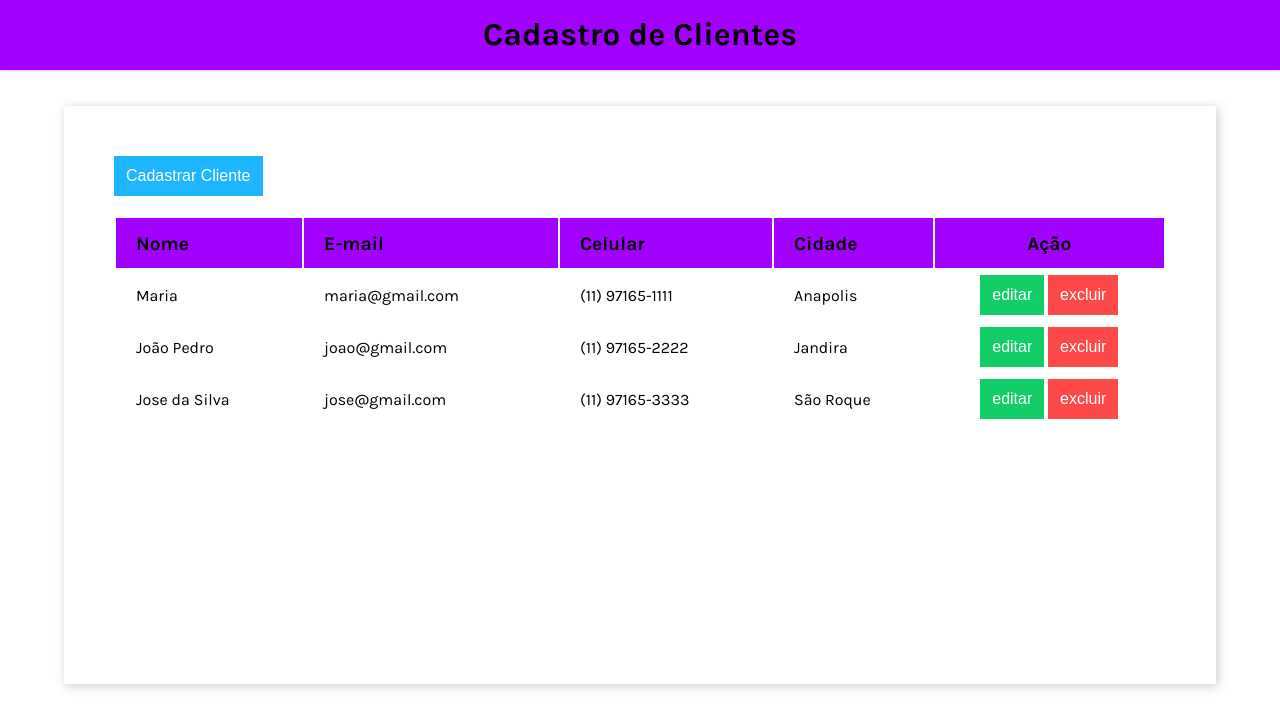
Repository: ViniciusCMS/CRUD_Estudos
Page: index.html
These files come from the project's save history. The page is drawn as it stood at one moment and after the next save; the edit follows.
The browser window is 1280 px wide. The pictures show the whole page.

Above is the page before, as saved 2022-01-07 13:15:39.

### index.html
<!DOCTYPE html>
<html lang="pt-BR">
<head>
    <meta charset="UTF-8">
    <meta http-equiv="X-UA-Compatible" content="IE=edge">
    <meta name="viewport" content="width=device-width, initial-scale=1.0">
    <link rel="preconnect" href="https://fonts.gstatic.com">
    <link href="https://fonts.googleapis.com/css2?family=Karla:ital,wght@0,400;0,700;1,200;1,800&display=swap" rel="stylesheet">
    <link rel="stylesheet" href="css/main.css">
    <link rel="stylesheet" href="css/button.css">
    <link rel="stylesheet" href="css/records.css">
    <link rel="stylesheet" href="css/modal.css">
    <title>CRUD</title>
</head>
<body>
    <header>
        <h1 class="header-title">Cadastro de Clientes</h1>
    </header>
    <main>
        <button type="button" class="button blue mobile" id="cadastrarCliente">Cadastrar Cliente</button>
        <table class="records">
            <thead>
                <tr>
                    <th>Nome</th>
                    <th>E-mail</th>
                    <th>Celular</th>
                    <th>Cidade</th>
                    <th>Ação</th>
                </tr>
            </thead>
            <tbody>
                <tr>
                    <td>Maria</td>
                    <td>maria@gmail.com</td>
                    <td>(11) 97165-1111</td>
                    <td>Anapolis</td>
                    <td>
                        <button type="button" class="button green">editar</button>
                        <button type="button" class="button red">excluir</button>
                    </td>
                </tr>
                <tr>
                    <td>João Pedro</td>
                    <td>joao@gmail.com</td>
                    <td>(11) 97165-2222</td>
                    <td>Jandira</td>
                    <td>
                        <button type="button" class="button green">editar</button>
                        <button type="button" class="button red">excluir</button>
                    </td>
                </tr>
                <tr>
                    <td>Jose da Silva</td>
                    <td>jose@gmail.com</td>
                    <td>(11) 97165-3333</td>
                    <td>São Roque</td>
                    <td>
                        <button type="button" class="button green">editar</button>
                        <button type="button" class="button red">excluir</button>
                    </td>
                </tr>
            </tbody>
        </table>
        <div class="modal" id="modal">
            <div class="modal-content">
                <header class="modal-header">
                    <h2>Novo Cliente</h2>
                    <span class="modal-close" id="modalClose">&#10006;</span>
                </header>
                <form class="modal-form">
                    <input type="text" class="modal-field" placeholder="Nome do Cliente">
                    <input type="email" class="modal-field" placeholder="e-mail do Cliente">
                    <input type="text" class="modal-field" placeholder="Celular do Cliente">
                    <input type="text" class="modal-field" placeholder="Cidade do Cliente">
                </form>
                <footer class="modal-footer">
                    <button class="button green">Salvar</button>
                    <button class="button blue">Cancelar</button>
                </footer>
            </div>
        </div>
        <script src="main.js" defer></script>
    </main>
</body>
</html>

### css/main.css
*{
    padding: 0;
    margin: 0;
    box-sizing: border-box;
}

:root{
    --primary-color: #a200ff;
    --secundary-color: #ffccf7;
    --shadow-color: #CCC;
    --text-color: #FFF;
}

body{
    min-height: 100vh;
    display: flex;
    flex-direction: column;
    font-family: 'karla', sans-serif;
    position:relative;
}

header{
    background-color: var(--primary-color);
    height: 70px;
    text-align: center;
    line-height: 70px;
    box-shadow: 0 1px 2px var(--shadow-color);
}

.header-title{
    color: black;
    font-size: 2rem;
}

main{
    flex-grow: 1;
    display: flex;
    flex-direction: column;
    align-items: flex-start;
    width: 90%;
    margin: 5vh auto;
    padding: 50px;
    box-shadow: 2px 2px 10px var(--shadow-color);
    gap: 20px;
}

footer{
    width:100;
    text-align: center;
    font-weight: 200;
    font-style: italic;
    padding: 20px;
}

@media (max-width:480px){
    header{
        position:fixed;
        width:100%;
    }
    .header-title{
        font-size: 1.5rem;
    }

    main{
        padding: 0;
        margin: 20px 0 0 0;
        width:100%;
        box-shadow: none;
    }
}

### css/button.css
.button{
    border-style: none;
    height: 40px;
    padding: 6px 12px;
    background-color: black;
    color: white;
    font-size: 1rem;
    cursor: pointer;
    transition: box-shadow .6s ease;
}

.button.blue{
    background-color: #1FB6FF;
}

button.green{
    background-color: #13CE66;
}

button.red{
    background-color: #FF4949;
}

.button:hover{
    box-shadow: inset 200px 0 0 #00000055;
}

@media(max-width:480px){
    .button.mobile{
        color:transparent;
        font-size:0;
        width:50px;
        height:50px;
        border-radius: 50%;
        position:fixed;
        top: 90vh;
        left: 80vw;
    }
    .button.mobile::before{
        content: "+";
        color:black;
        font-size:2rem;
        width:100%;
        height:100%;
    }
}

### css/records.css
.records{
    width: 100%;
    user-select: none;
    text-align: left;
}

.records th{
    height: 50px;
    background-color: var(--primary-color);
    padding-left: 20px;
    font-size: 1.2rem;
}
.records td{
    height: 50px;
    padding-left: 20px;
}

.records th:last-child,
.records td:last-child{
    padding: 0;
    min-width: 140px;
    text-align: center;
}

.records tr:hover{
    background-color: var(--secundary-color);
}

@media(max-width:480px){
    .records{
        border-spacing: 5px;
    }
    .records thead{
        display:none;
    }
    .records tr{
        box-shadow: 0 1px 3px var(--shadow-color);
    }
    .records td:not(:first-child){
        display:flex;
        justify-content: space-between;
        padding: 0 20px;
    }

    .records td{
        margin:10px 0;
    }

    .records tr:hover{
        background-color: inherit;
    }
}

### css/modal.css
.modal{
    position: fixed;
    top:0;
    left:0;
    width: 100%;
    height: 100%;
    background: #00000090;
    opacity: 0;
    z-index: -1;
}

.modal.active{
    opacity: 1;
    z-index: 1;
}

.modal-content{
    display: flex;
    flex-direction: column;
    gap:20px;
    width: 50vw;
    margin: 15vh auto;
    padding-bottom: 20px;
    background-color: white;
    box-shadow: 1px 1px 10px black;
}

.modal-header{
    display: flex;
    position: relative;
    justify-content: center;
    height: 40px;
    line-height: 40px;
    font-size: 1rem;
}



.modal-close{
    position: absolute;
    right: 0;
    display: block;
    width: 40px;
    height: 40px;
    text-align: center;
    user-select: none;
    cursor: pointer;
}

.modal-close:hover{
    background-color: #FF4949;
    color: white;
}

.modal-form{
    display: flex;
    justify-content: space-between;
    flex-wrap: wrap;
    gap: 20px;
    padding: 0 20px;
}

.modal-field{
    width: calc(50% - 10px);
    height: 40px;
    outline-style: none;
    border-style: none;
    box-shadow: 0 0 2px black;
    padding: 0 10px;
    font-size:1rem;
}

.modal-field:focus{
    border: 2px solid var(--primary-color);
    box-shadow: 0 0 3px var(--primary-color);
}


.modal-footer{
    background-color: inherit;
    text-align: right;
    padding: 0 20px;
}

@media (max-width:480px){
    .modal{
        top:100%;
        transition: all 1s ease;
    }
    .modal.active{
        top:0;
    }
    .modal-content{
        margin:0;
        width:100%;
        position:fixed;
    }
    .modal-field{
        width:100%;
    }
}

### main.js
'use strict'

const openModal = () => document.getElementById('modal')
    .classList.add('active')

const closeModal = () => document.getElementById('modal')
    .classList.remove('active')

document.getElementById('cadastrarCliente')
    .addEventListener('click', openModal)

document.getElementById('modalClose')
    .addEventListener('click', closeModal)

After the next save:
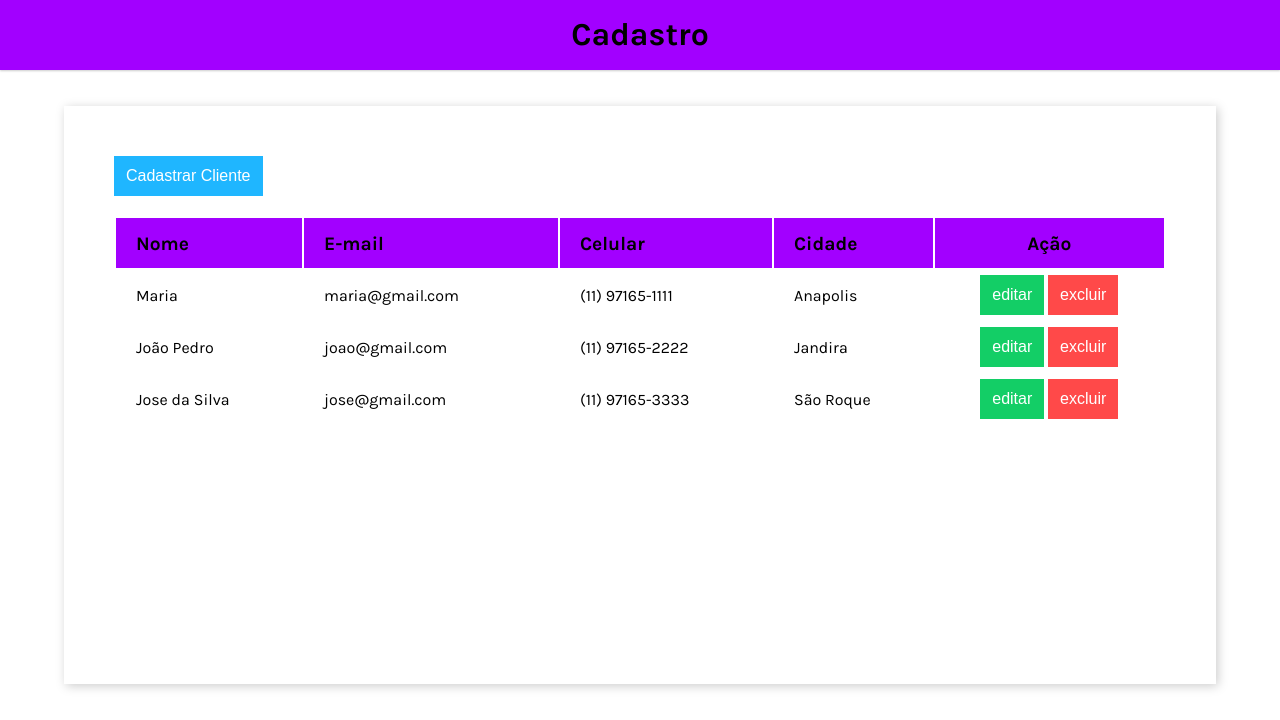
Saved 4 min 21 s later.
--- a/index.html
+++ b/index.html
@@ -14,7 +14,7 @@
 </head>
 <body>
     <header>
-        <h1 class="header-title">Cadastro de Clientes</h1>
+        <h1 class="header-title">Cadastro</h1>
     </header>
     <main>
         <button type="button" class="button blue mobile" id="cadastrarCliente">Cadastrar Cliente</button>
